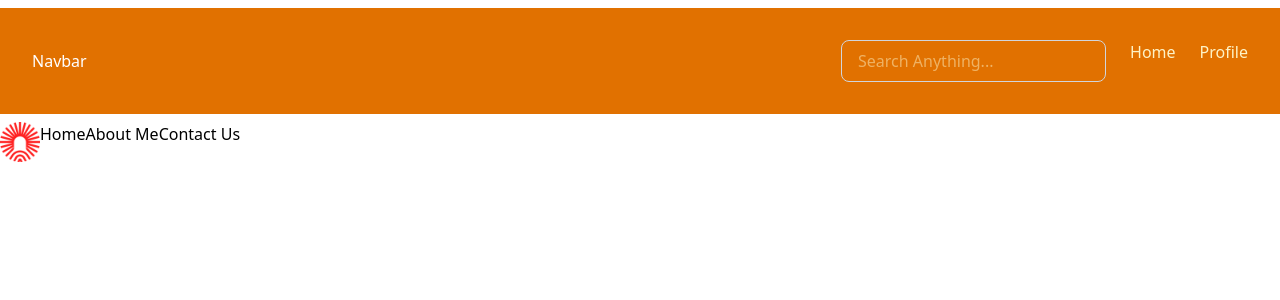
Repository: samit2059/CollegeReact
Page: / (app in react/collegereact/)
An editor plug-in stored every save of this project. The page is shown before and after a run of saves, followed by the edit.
The browser window is 1280 px wide. The pictures show the whole page.
The project was rebuilt for these pictures with package versions that can differ from the ones it lists, and the page was loaded fresh each time. Also part of the build but not shown: react/collegereact/vite.config.js, react/collegereact/src/App.jsx, react/collegereact/src/navbar.jsx, react/collegereact/src/Props Example/First.jsx, react/collegereact/src/StateExamples/profile.jsx, react/collegereact/src/Props Example/Second.jsx.

Above is the page before, as saved 2026-01-24 21:57:34.

### react/collegereact/index.html
<!doctype html>
<html lang="en">
  <head>
    <meta charset="UTF-8" />
    <link rel="icon" type="image/svg+xml" href="/vite.svg" />
    <meta name="viewport" content="width=device-width, initial-scale=1.0" />
    <title>collegereact</title>
  </head>
  <body>
    <div id="root"></div>
    <script type="module" src="/src/main.jsx"></script>
  </body>
</html>

### react/collegereact/src/main.jsx
import { StrictMode } from "react";
import { createRoot } from "react-dom/client";
import "./index.css";
import App from "./App.jsx";
import Navbar from "./navbar.jsx";
import Nav1 from "./nav1.jsx";
import First from "./Props Example/First.jsx";
// import Profile from "./profile.jsx";
import Profile from "./StateExamples/profile.jsx";
import Second from "./Props Example/Second.jsx";
import Header from "./day4/header.jsx";
// import Home from './Home.jsx'
// import { Second } from './Home.jsx'

// let myObj = {
//   address: "ktm",
//   age: 23,
//   fullName: "rams"
// }
// let profile = {
//   username:"Samit Shrestha",
//   email:"shrestha@gmail.com",
//   age:18,
//   address:"Bhaktapur",
// };
createRoot(document.getElementById("root")).render(
  <StrictMode>
    {/* <Navbar /> */}
    <Nav1 />
    <Header />
    {/* <First address={"BKT"} age={33} fullName="motorcycle" /> */}
    {/* <First {...myObj} /> */}
    {/* <Profile gretting="Crystal Karki "/> */}
    {/* <App /> */}
    {/* <Second /> */}
    {/* <Home />   */}
  </StrictMode>
);

### react/collegereact/src/index.css
@import "tailwindcss";

/* in index.css (after tailwind layers) */
/* .tw-root .btn {
  @apply px-4 py-2 bg-blue-500 text-white rounded;
} */

### react/collegereact/src/nav1.jsx
import React from 'react';
import './navbar.css'

const Nav1 = () => {
  let handleProfile = (e) => {
    e.target.style.color = "red";
    e.target.style.backgroundColor = "black"
    console.log("profile clicked");
    console.log(e.target.style);
    /*
    let event ={
     target:{
        value:"Profile",
        style:{
            color:"red",
            backgroundColor:"black"
        }
     }
    } */
  }
  let handleChangeOnsearch = (e) => {
    console.log(e.target.value);
    // e.target.style.backgroundColor = "black"
    e.target.style.color = "red"
    let l = e.target.value;
    console.log(l.length);
    let random1 = Math.floor(Math.random() * 255);
    let random2 = Math.floor(Math.random() * 255);
    let random3 = Math.floor(Math.random() * 255);

    e.target.style.backgroundColor = `rgb(${random1}, ${random2}, ${random3})`
    console.log(random1);
    console.log(random2);
    console.log(random3);
  }
  return (
    <div className=' !p-8 !my-2 flex bg-amber-600 text-amber-100 justify-between items-center'>
      <h1 className='navelement'>Navbar</h1>
      <div className='menus flex gap-6'>
        <div className='max-w-md mx-auto '>
            <input placeholder='Search Anything...' onChange={handleChangeOnsearch} className='w-full px-4 py-2 border border-gray-300 rounded-lg focus:ring-2 focus:ring-blue-500 focus:border-transparent outline-none transition-all'/>
        </div>
        <h4 onClick={(e) => {
          console.log("home clicked");
          console.log(e.target);

        }}>Home</h4>
        <h4 onClick={handleProfile}>Profile</h4>
      </div>
    </div>
  )
}

export default Nav1

### react/collegereact/src/day4/header.jsx
import React from 'react'
import Logo from '../assets/Logo.png'
const Header = () => {
  return (
    <div className='flex justify'>
      <header className='flex '>
        <img src={Logo} alt="nothing" width={40} height={40}/>
        <div>
            <nav>
            <a href="#">Home</a>
            <a href="/a">About Me</a>
            <a href="/b">Contact Us</a>
        </nav>
        </div>
      </header>
    </div>
  )
}

export default Header

### react/collegereact/src/navbar.css


.navelement {
    color: white;
}

.navelement:hover {
    color: aliceblue;
}

.navbar {
    /* padding: 30px 20px; */
}

After the next 2 saves:
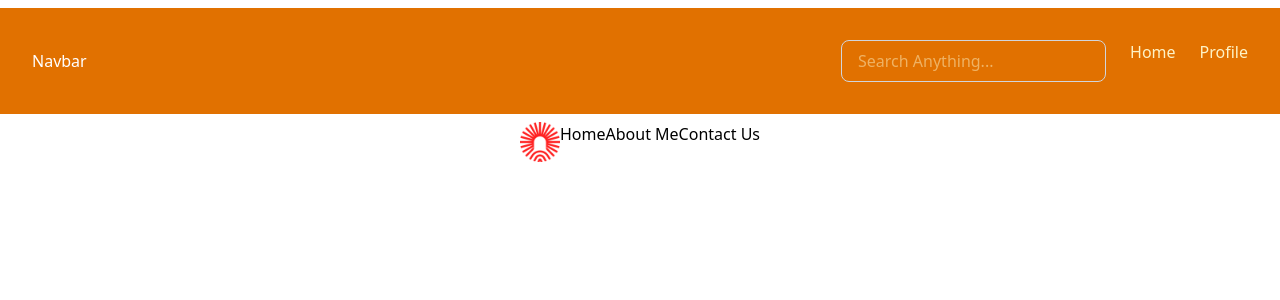
The 2 saves are shown as one change because they came seconds apart.
The last was saved 6 s later.
--- a/react/collegereact/src/day4/header.jsx
+++ b/react/collegereact/src/day4/header.jsx
@@ -2,7 +2,7 @@
 import Logo from '../assets/Logo.png'
 const Header = () => {
   return (
-    <div className='flex justify'>
+    <div className='flex justify-around'>
       <header className='flex '>
         <img src={Logo} alt="nothing" width={40} height={40}/>
         <div>

After the 2 saves that followed:
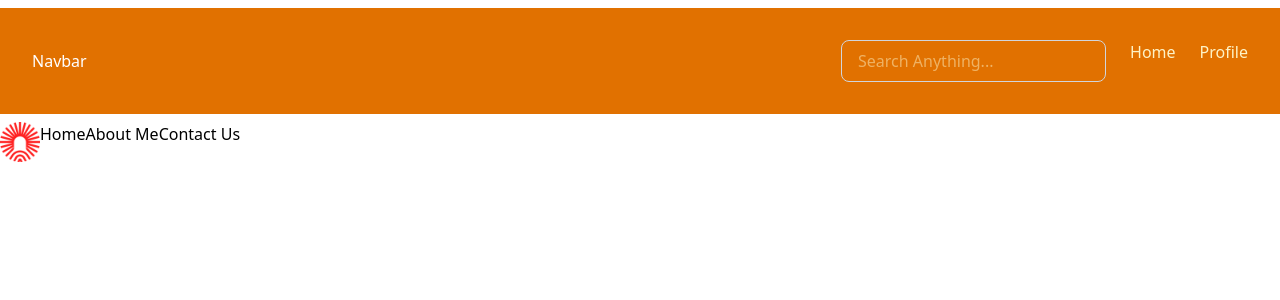
The 2 saves are shown as one change because they came seconds apart.
The last was saved 18 s later.
--- a/react/collegereact/src/day4/header.jsx
+++ b/react/collegereact/src/day4/header.jsx
@@ -2,8 +2,8 @@
 import Logo from '../assets/Logo.png'
 const Header = () => {
   return (
-    <div className='flex justify-around'>
-      <header className='flex '>
+    <div className='flex '>
+      <header className='flex justify-around'>
         <img src={Logo} alt="nothing" width={40} height={40}/>
         <div>
             <nav>
